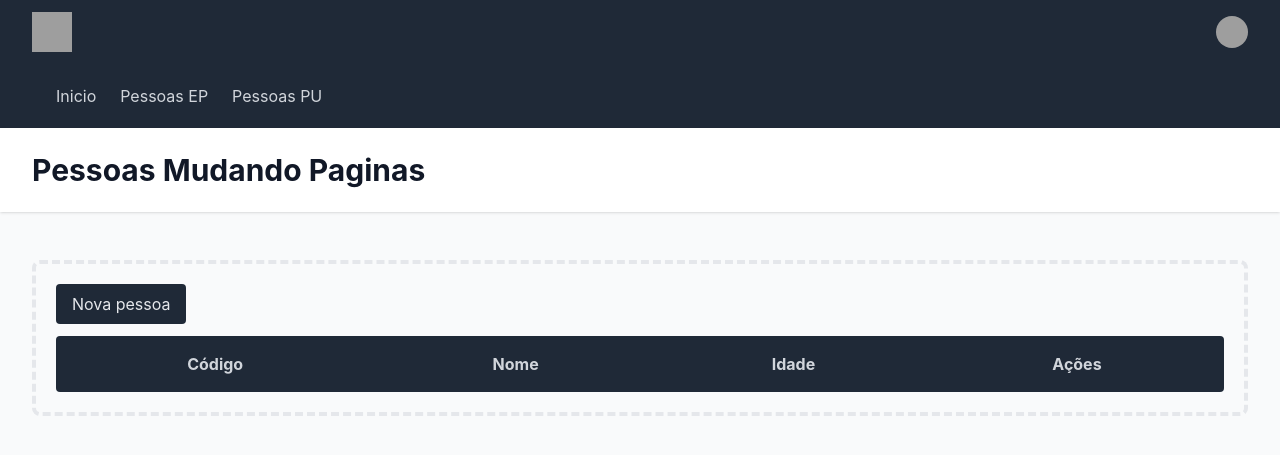
Repository: NunesXdecK/portfolio-jn-old
Page: /pessoa
An editor plug-in stored every save of this project. The page is shown before and after the next save, followed by the edit.
The browser window is 1280 px wide. The pictures show the whole page.
Pictures or frames that could not be fetched are drawn as grey boxes. The page's requests for data from a server got no answer. The project was rebuilt for these pictures with package versions that can differ from the ones it lists, and the page was loaded fresh each time. The framework's server and built-in components were replaced by stand-ins that run in the browser. No one was signed in, and anything a server would have sent is missing. Also part of the build but not shown: next.config.js.

Above is the page before, as saved 2022-01-08 10:39:29.

After the next save:
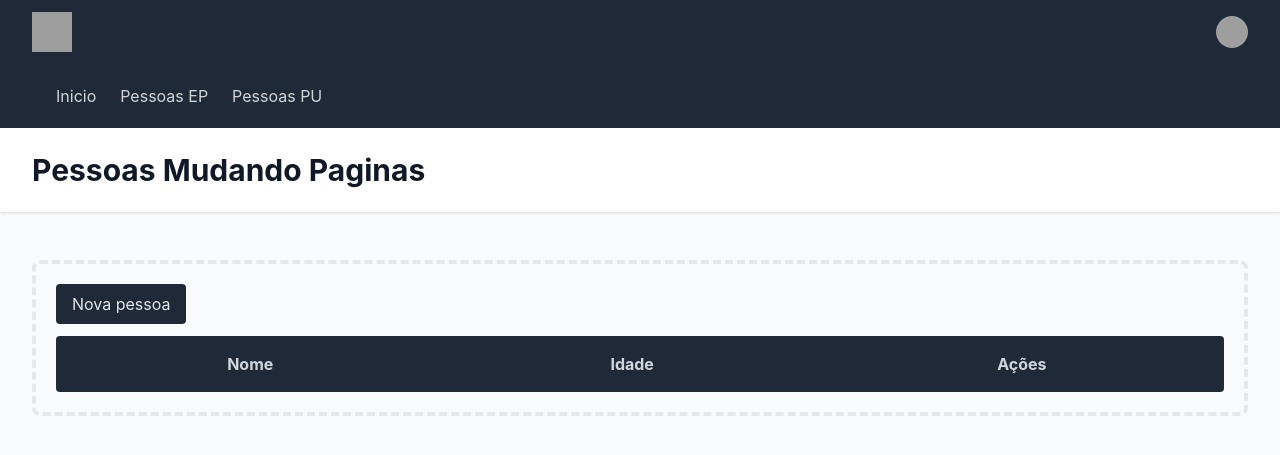
Saved 6 s later.
--- a/src/pages/pessoa.tsx
+++ b/src/pages/pessoa.tsx
@@ -21,7 +21,6 @@ export default function Home() {
       <Botao onClick={novaPessoa} cor="cinza">Nova pessoa</Botao>
       <Tabela
         pessoas={pessoas}
-        verId={true}
         selecionarPessoa={selecionarPessoa}
         excluirPessoa={exlcuirPessoa} />
 
